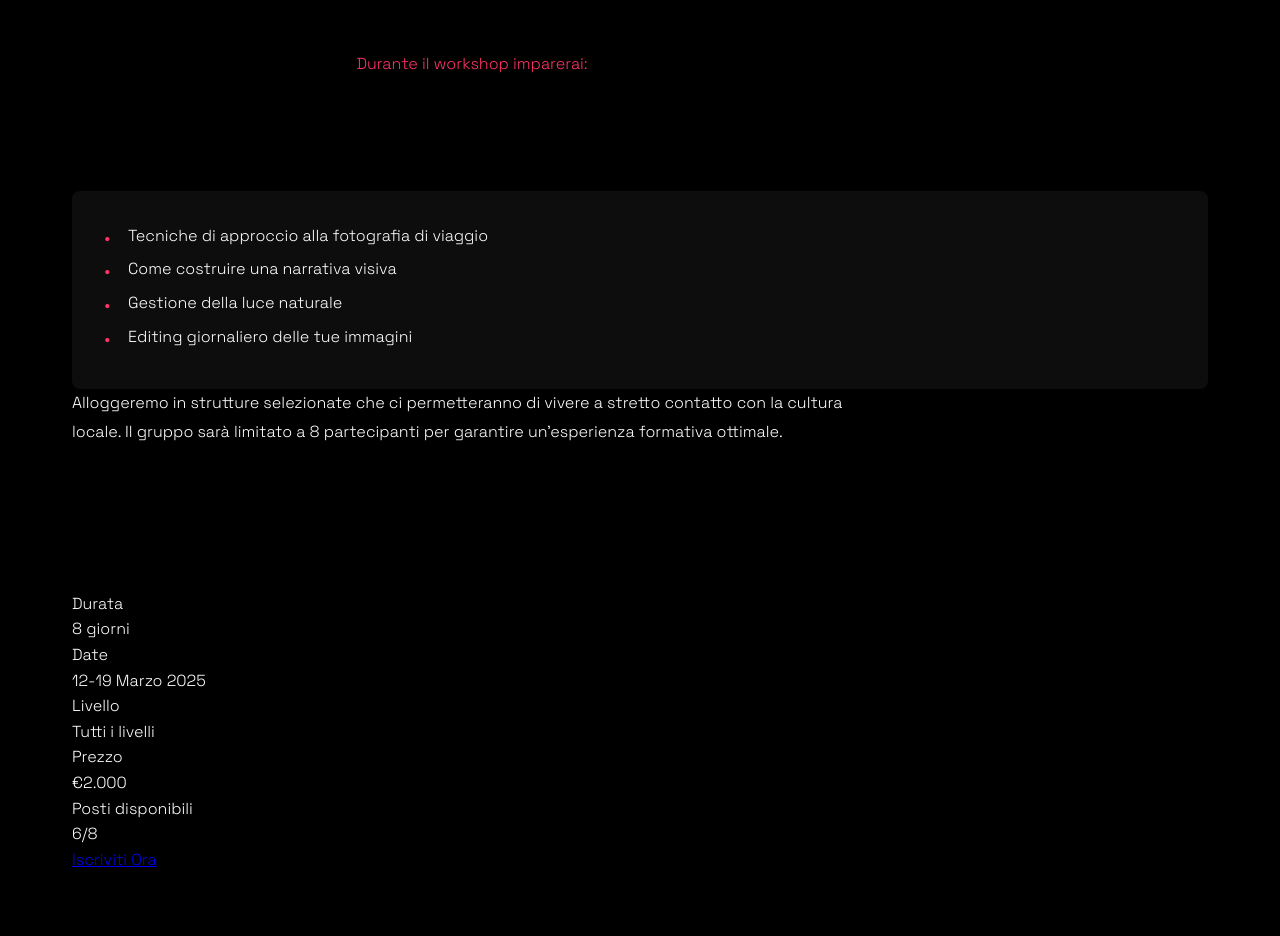
Repository: philipkdpavkia/photo-auto
Page: wdcuba.html
An editor plug-in stored every save of this project. The page is shown before and after the next save, followed by the edit.
The browser window is 1280 px wide. The pictures show the part of the page from y = 778 to 1730 px (the page is 1714 px tall before and 1730 px after).

Above is the page before, as saved 2024-11-14 23:02:36.

### wdcuba.html
<!DOCTYPE html>
<html lang="en">
<head>
    <meta charset="UTF-8">
    <title>Cuba Photography Workshop 2024-2025 | Francesco Pavia</title>
    <meta name="description" content="Photography workshop in Cuba with Francesco Pavia. Explore Havana and Trinidad through photography. 2024-2025 dates, small groups, all levels welcome.">
    <link rel="canonical" href="https://francescopavia.org/workshop/cuba" />
    <link rel="stylesheet" href="https://cdnjs.cloudflare.com/ajax/libs/font-awesome/6.0.0/css/all.min.css">
    <link rel="stylesheet" href="/css/style.css">
    <script src="/language.js"></script>

    <script type="application/ld+json">
    {
      "@context": "https://schema.org",
      "@type": "Event",
      "name": "Cuba Photography Workshop - Havana City Life",
      "description": "Photography workshop in Cuba with Francesco Pavia",
      "startDate": "2025-03-12",
      "endDate": "2025-03-19",
      "organizer": {
        "@type": "Person",
        "name": "Francesco Pavia"
      },
      "eventStatus": "https://schema.org/ScheduledEvent",
      "eventAttendanceMode": "https://schema.org/OfflineEventAttendanceMode",
      "location": {
        "@type": "Place",
        "name": "Havana, Cuba"
      },
      "offers": {
        "@type": "Offer",
        "price": "2000",
        "priceCurrency": "EUR"
      }
    }
    </script>
</head>
<body>
    <header class="header">
        <nav class="nav">
            <a class="logo" href="#">FP PHOTO WORKSHOP</a>
            <button id="langSwitch" class="lang-switch" onclick="switchLanguage()">EN</button>
            <div class="nav-links">
                <a href="index.html" data-i18n="workshops.cuba.back">BACK</a>
                <a href="https://instagram.com/fpphotoworkshop" target="_blank" class="instagram-link">
                    <i class="fab fa-instagram"></i>
                </a>
            </div>
        </nav>
    </header>

    <main>
        <section class="hero">
            <div class="workshop-link">
                <img alt="Havana Life" src="images/cuba/cub.jpg" class="workshop-hero"/>
                <div class="workshop-text">
                    <h1 data-i18n="workshops.cuba.title">Havana City Life</h1>
                    <p data-i18n="workshops.cuba.description">
                        An 8-day photographic journey discovering Havana city, its traditions and its people.
                    </p>
                </div>
            </div>
        </section>

        <section class="about">
            <div class="workshop-content">
                <p data-i18n="workshops.cuba.learn" class="section-title">During the workshop you will learn:</p>
                <div class="philosophy">
                    <ul>
                        <li data-i18n="workshops.cuba.technique1">Travel photography approach techniques</li>
                        <li data-i18n="workshops.cuba.technique2">How to build a visual narrative</li>
                        <li data-i18n="workshops.cuba.technique3">Natural light management</li>
                        <li data-i18n="workshops.cuba.technique4">Daily editing of your images</li>
                    </ul>
                </div>
                <p data-i18n="workshops.cuba.accommodation">
                    We will stay in selected accommodations that will allow us to experience local culture up close.
                    The group will be limited to 8 participants to ensure an optimal learning experience.
                </p>
            </div>
        </section>

        <section class="contact">
            <div class="workshop-sidebar">
                <div class="info-block">
                    <div class="info-label" data-i18n="workshops.cuba.duration">Duration</div>
                    <div class="info-value" data-i18n="workshops.cuba.duration_value">8 days</div>
                </div>
                <div class="info-block">
                    <div class="info-label" data-i18n="workshops.cuba.dates">Dates</div>
                    <div class="info-value" data-i18n="workshops.cuba.dates_value">March 12-19, 2025</div>
                </div>
                <div class="info-block">
                    <div class="info-label" data-i18n="workshops.cuba.level">Level</div>
                    <div class="info-value" data-i18n="workshops.cuba.level_value">All levels</div>
                </div>
                <div class="info-block">
                    <div class="info-label" data-i18n="workshops.cuba.price">Price</div>
                    <div class="info-value" data-i18n="workshops.cuba.price_value">€2,000</div>
                </div>
                <div class="info-block">
                    <div class="info-label" data-i18n="workshops.cuba.spots">Available spots</div>
                    <div class="info-value" data-i18n="workshops.cuba.spots_value">6/8</div>
                </div>
                <a href="iscrizione.html?workshop=cuba" class="workshop-button" data-i18n="workshops.cuba.book">Book Now</a>
            </div>
        </section>
    </main>
</body>
</html>

### css/style.css
@font-face {
    font-family: 'Space Grotesk';
    src: url('/fonts/SpaceGrotesk-Light.woff2') format('woff2');
    font-weight: 300;
    font-display: swap;
}

@font-face {
    font-family: 'Space Grotesk';
    src: url('/fonts/SpaceGrotesk-Bold.woff2') format('woff2');
    font-weight: 700;
    font-display: swap;
}

:root {
    --primary: #ffffff;
    --background: #000000;
    --accent: #ff3366;
    --transition: all 0.4s ease;
    --overlay-bg: rgba(0, 0, 0, 0.4);
    --hover-bg: rgba(0, 0, 0, 0.6);
}

html {
    scroll-behavior: smooth;
}

* {
    margin: 0;
    padding: 0;
    box-sizing: border-box;
}

body {
    background: var(--background);
    color: var(--primary);
    font-family: 'Space Grotesk', sans-serif;
    line-height: 1.6;
    overflow-x: hidden;
}

/* Header e navigazione */
.header {
    position: fixed;
    top: 0;
    left: 0;
    right: 0;
    padding: 1rem 2rem;
    background: rgba(0, 0, 0, 0.95);
    backdrop-filter: blur(10px);
    -webkit-backdrop-filter: blur(10px);
    z-index: 1000;
    border-bottom: 1px solid rgba(255, 255, 255, 0.1);
}

.nav {
    display: flex;
    justify-content: space-between;
    align-items: center;
    max-width: 1400px;
    margin: 0 auto;
}

.logo {
    font-weight: 700;
    font-size: 1.2rem;
    color: var(--primary);
    text-decoration: none;
    transition: var(--transition);
}

.logo:hover {
    color: var(--accent);
}

.nav-links {
    display: flex;
    gap: 2.5rem;
}

.nav-links a {
    color: var(--primary);
    text-decoration: none;
    font-size: 1rem;
    text-transform: uppercase;
    transition: var(--transition);
    padding: 0.5rem 1rem;
    border-radius: 4px;
}

.nav-links a:hover {
    color: var(--accent);
    background: rgba(255, 51, 102, 0.1);
}

.instagram-link {
    color: var(--primary);
    font-size: 1.5rem;
    transition: var(--transition);
}

.instagram-link:hover {
    color: var(--accent);
    transform: scale(1.1);
}

/* Language Switcher */
.lang-switch {
    position: fixed;
    top: 1rem;
    right: 1rem;
    background: var(--accent);
    color: var(--primary);
    border: none;
    padding: 0.5rem 1rem;
    border-radius: 4px;
    cursor: pointer;
    font-family: 'Space Grotesk', sans-serif;
    font-weight: 700;
    z-index: 1001;
    transition: var(--transition);
}

.lang-switch:hover {
    transform: translateY(-2px);
    box-shadow: 0 2px 8px rgba(255, 51, 102, 0.4);
    background: #ff1f57;
}

/* Hero Section */
.hero {
    margin-top: 60px;
    display: flex;
    flex-direction: column;
    gap: 2rem;
    padding: 2rem;
}

.workshop-link {
    display: block;
    position: relative;
    width: 100%;
    height: 80vh;
    overflow: hidden;
    transition: var(--transition);
}

.workshop-link:hover img {
    transform: scale(1.05);
}

.workshop-link img {
    width: 100%;
    height: 100%;
    object-fit: cover;
    transition: transform 0.6s ease-in-out;
}

.workshop-text {
    position: absolute;
    top: 50%;
    left: 50%;
    transform: translate(-50%, -50%);
    text-align: center;
    z-index: 2;
    width: 100%;
    padding: 0 1rem;
}

.workshop-text h2 {
    font-size: 4rem;
    color: var(--accent);
    margin-bottom: 1rem;
    font-weight: normal;
    background: var(--overlay-bg);
    padding: 0.5rem;
    border-radius: 4px;
    display: inline-block;
    transition: var(--transition);
}

.workshop-link:hover .workshop-text h2 {
    background: var(--hover-bg);
    transform: translateY(-5px);
}

.workshop-text p {
    font-size: 1.5rem;
    color: var(--primary);
    text-shadow: 2px 2px 4px rgba(0, 0, 0, 0.8);
    background: var(--overlay-bg);
    padding: 0.5rem;
    border-radius: 4px;
    display: inline-block;
    transition: var(--transition);
}

.workshop-link:hover .workshop-text p {
    background: var(--hover-bg);
    transform: translateY(5px);
}

/* Section Titles */
.section-title {
    text-align: center;
    font-size: 4rem;
    padding: 4rem 0;
    font-weight: normal;
    color: var(--accent);
}

/* Gallery */
.gallery {
    display: grid;
    grid-template-columns: repeat(3, 1fr);
    gap: 1rem;
    padding: 0 1rem;
}

.gallery-item {
    aspect-ratio: 4/3;
    overflow: hidden;
    border-radius: 4px;
    transition: var(--transition);
}

.gallery-item:hover {
    transform: translateY(-5px);
    box-shadow: 0 5px 15px rgba(0, 0, 0, 0.3);
}

.gallery-item img {
    width: 100%;
    height: 100%;
    object-fit: cover;
    transition: transform 0.6s ease-in-out;
}

.gallery-item:hover img {
    transform: scale(1.1);
}

/* About Section */
.about {
    padding: 4rem 2rem;
    max-width: 1200px;
    margin: 0 auto;
}

.about h2 {
    font-size: 2rem;
    font-weight: normal;
    margin-bottom: 2rem;
    text-transform: uppercase;
    color: var(--accent);
}

.about p {
    font-size: 1rem;
    max-width: 800px;
    margin-bottom: 1rem;
    line-height: 1.8;
}

/* Philosophy Section */
.philosophy {
    margin-top: 3rem;
    padding: 2rem;
    background: rgba(255, 255, 255, 0.05);
    border-radius: 8px;
}

.philosophy h3 {
    font-size: 1.5rem;
    font-weight: normal;
    margin-bottom: 1rem;
    text-transform: uppercase;
    color: var(--accent);
}

.philosophy ul {
    list-style: none;
}

.philosophy li {
    font-size: 1rem;
    margin-bottom: 0.5rem;
    padding-left: 1.5rem;
    position: relative;
}

.philosophy li::before {
    content: "•";
    color: var(--accent);
    position: absolute;
    left: 0;
    font-size: 1.2em;
}

/* Contact Section */
.contact {
    padding: 4rem 2rem;
    max-width: 1200px;
    margin: 0 auto;
}

.contact h2 {
    font-size: 2rem;
    font-weight: normal;
    margin-bottom: 2rem;
    text-transform: uppercase;
    color: var(--accent);
}

.contact-section {
    margin-bottom: 2rem;
    padding: 2rem;
    background: rgba(255, 255, 255, 0.05);
    border-radius: 8px;
    transition: var(--transition);
}

.contact-section:hover {
    background: rgba(255, 255, 255, 0.08);
    transform: translateY(-2px);
}

.contact-section h3 {
    font-size: 1.5rem;
    font-weight: normal;
    margin-bottom: 1rem;
    text-transform: uppercase;
}

.contact-section p {
    margin-bottom: 0.5rem;
}

.contact-section a {
    color: var(--accent);
    text-decoration: none;
    transition: var(--transition);
    display: inline-block;
}

.contact-section a:hover {
    text-decoration: none;
    transform: translateX(5px);
}

/* Media Queries */
@media screen and (max-width: 720px) {
    .nav {
        flex-direction: column;
        gap: 1rem;
    }

    .logo {
        font-size: 1rem;
    }

    .nav-links {
        display: flex;
        position: fixed;
        bottom: 0;
        left: 0;
        right: 0;
        background: rgba(0, 0, 0, 0.95);
        backdrop-filter: blur(10px);
        -webkit-backdrop-filter: blur(10px);
        padding: 1rem;
        justify-content: center;
        border-top: 1px solid rgba(255, 255, 255, 0.1);
    }

    .nav-links a {
        font-size: 0.9rem;
        padding: 0.3rem 0.6rem;
    }

    .instagram-link {
        font-size: 1.2rem;
    }

    .workshop-text h2 {
        font-size: 2rem;
    }

    .workshop-text p {
        font-size: 1rem;
    }

    .section-title {
        font-size: 2.5rem;
    }

    .gallery {
        grid-template-columns: 1fr;
    }

    .workshop-link {
        height: 50vh;
    }

    .about h2,
    .contact h2 {
        font-size: 1.5rem;
    }

    .about p {
        font-size: 0.9rem;
    }

    .philosophy h3,
    .contact-section h3 {
        font-size: 1.2rem;
    }

    .lang-switch {
        position: absolute;
        top: 1rem;
        right: 1rem;
        padding: 0.4rem 0.8rem;
        font-size: 0.9rem;
    }

    .about,
    .contact {
        padding: 2rem 1rem;
    }

    .philosophy,
    .contact-section {
        padding: 1rem;
    }
}

### language.js
// Gestione della lingua
let currentLang = localStorage.getItem('lang') || 'it';
const translations = {}; // Qui importeremo il JSON delle traduzioni

async function loadTranslations() {
    try {
        const response = await fetch('/translations.json');
        Object.assign(translations, await response.json());
        updateContent();
    } catch (error) {
        console.error('Error loading translations:', error);
    }
}

function switchLanguage() {
    currentLang = currentLang === 'it' ? 'en' : 'it';
    localStorage.setItem('lang', currentLang);
    updateContent();
    updateLangButton();
}

function updateLangButton() {
    const button = document.getElementById('langSwitch');
    button.textContent = currentLang === 'it' ? 'EN' : 'IT';
}

function updateContent() {
    const elements = document.querySelectorAll('[data-i18n]');
    elements.forEach(element => {
        const key = element.dataset.i18n;
        const keys = key.split('.');
        let value = translations[currentLang];
        keys.forEach(k => {
            value = value[k];
        });
        if (value) element.textContent = value;
    });
}

// Inizializza quando il DOM è caricato
document.addEventListener('DOMContentLoaded', () => {
    loadTranslations();
    updateLangButton();
});

### translations.json
{
    "it": {
      "menu": {
        "gallery": "Galleria",
        "about": "Metodo",
        "contact": "Contatti"
      },
      "hero": {
        "havana": {
          "title": "Vita all'Havana",
          "subtitle": "Street photography nella capitale cubana"
        },
        "senegal": {
          "title": "Senegal Adventures",
          "subtitle": "Luce e colore nell'Africa occidentale"
        },
        "mexico": {
          "title": "Dia de Muertos",
          "subtitle": "Tradizione e street nelle montagne di Oaxaca"
        }
      },
      "blog": {
        "title": "Sul campo",
        "description": "Zero teoria, solo pratica",
        "text1": "Dimenticati le lezioni teoriche infinite. Qui si esce, si cammina, si cerca la luce, si aspetta il momento giusto. La fotografia è pratica, pazienza e movimento. Non serve parlarne per ore: bisogna farla.",
        "text2": "I miei workshop sono pensati per chi vuole sporcarsi le mani con la fotografia vera. Niente fronzoli, niente discorsi complicati. Solo tu, la tua macchina fotografica e location uniche dove metterti alla prova.",
        "text3": "Mi piace lavorare con gruppi piccoli e motivati, con chi ha voglia di alzarsi all'alba, camminare tutto il giorno, tornare più volte nello stesso posto finché lo scatto non è quello giusto. La fotografia è un lavoro fisico, oltre che mentale."
      },
      "philosophy": {
        "title": "Come lavoriamo",
        "points": [
          "Solo pratica sul campo, dall'alba al tramonto",
          "Gruppi piccoli per attenzione massima",
          "Review degli scatti ogni sera",
          "Immersione totale nella location"
        ]
      },
      "contact": {
        "title": "Contatti",
        "workshop": {
          "title": "Workshop",
          "text": "Per info e prenotazioni workshop:"
        },
        "photo": {
          "title": "Lavori Fotografici",
          "text": "Per progetti e collaborazioni:"
        },
        "phone": {
          "title": "Telefono",
          "text": "Chiamami o scrivimi su WhatsApp:"
        }
      },
      "workshops": {
        "cuba": {
          "back": "INDIETRO",
          "title": "Vita all'Havana",
          "description": "Un viaggio fotografico di 8 giorni alla scoperta della città dell'Havana, delle sue tradizioni e della sua gente. Un viaggio attraverso la storia e la cultura cubana, con un focus particolare sulla fotografia di strada e documentaristica.",
          "learn": "Durante il workshop imparerai:",
          "technique1": "Tecniche di approccio alla fotografia di viaggio",
          "technique2": "Come costruire una narrativa visiva",
          "technique3": "Gestione della luce naturale",
          "technique4": "Editing giornaliero delle tue immagini",
          "accommodation": "Alloggeremo in strutture selezionate che ci permetteranno di vivere a stretto contatto con la cultura locale. Il gruppo sarà limitato a 8 partecipanti per garantire un'esperienza formativa ottimale.",
          "duration": "Durata",
          "duration_value": "8 giorni",
          "dates": "Date",
          "dates_value": "12-19 Marzo 2025",
          "level": "Livello",
          "level_value": "Tutti i livelli",
          "price": "Prezzo",
          "price_value": "€2.000",
          "spots": "Posti disponibili",
          "spots_value": "6/8",
          "book": "Iscriviti Ora"
        }
      }
    },
    "en": {
      "menu": {
        "gallery": "Gallery",
        "about": "Method",
        "contact": "Contact"
      },
      "hero": {
        "havana": {
          "title": "Havana Life",
          "subtitle": "Street photography in the Cuban capital"
        },
        "senegal": {
          "title": "Senegal Adventures",
          "subtitle": "Light and color in West Africa"
        },
        "mexico": {
          "title": "Dia de Muertos",
          "subtitle": "Tradition and street in Oaxaca mountains"
        }
      },
      "blog": {
        "title": "In the field",
        "description": "Zero theory, pure practice",
        "text1": "Forget endless theoretical lessons. Here we go out, walk, chase the light, wait for the right moment. Photography is practice, patience and movement. No need to talk about it for hours: you need to do it.",
        "text2": "My workshops are designed for those who want to get their hands dirty with real photography. No frills, no complicated speeches. Just you, your camera and unique locations where you can test yourself.",
        "text3": "I like working with small, motivated groups, with people willing to wake up at dawn, walk all day, return to the same spot multiple times until the shot is perfect. Photography is physical work, not just mental."
      },
      "philosophy": {
        "title": "How we work",
        "points": [
          "Only field practice, from dawn to dusk",
          "Small groups for maximum attention",
          "Daily shot reviews every evening",
          "Total immersion in location"
        ]
      },
      "contact": {
        "title": "Contact",
        "workshop": {
          "title": "Workshop",
          "text": "For workshop info and bookings:"
        },
        "photo": {
          "title": "Photography Work",
          "text": "For projects and collaborations:"
        },
        "phone": {
          "title": "Phone",
          "text": "Call or WhatsApp me:"
        }
      },
      "workshops": {
        "cuba": {
          "back": "BACK",
          "title": "Havana City Life",
          "description": "An 8-day photographic journey discovering Havana city, its traditions and its people. A journey through Cuban history and culture, with a special focus on street and documentary photography.",
          "learn": "During the workshop you will learn:",
          "technique1": "Travel photography approach techniques",
          "technique2": "How to build a visual narrative",
          "technique3": "Natural light management",
          "technique4": "Daily editing of your images",
          "accommodation": "We will stay in selected accommodations that will allow us to experience local culture up close. The group will be limited to 8 participants to ensure an optimal learning experience.",
          "duration": "Duration",
          "duration_value": "8 days",
          "dates": "Dates",
          "dates_value": "March 12-19, 2025",
          "level": "Level",
          "level_value": "All levels",
          "price": "Price",
          "price_value": "€2,000",
          "spots": "Available spots",
          "spots_value": "6/8",
          "book": "Book Now"
        }
      }
    }
}

After the next save:
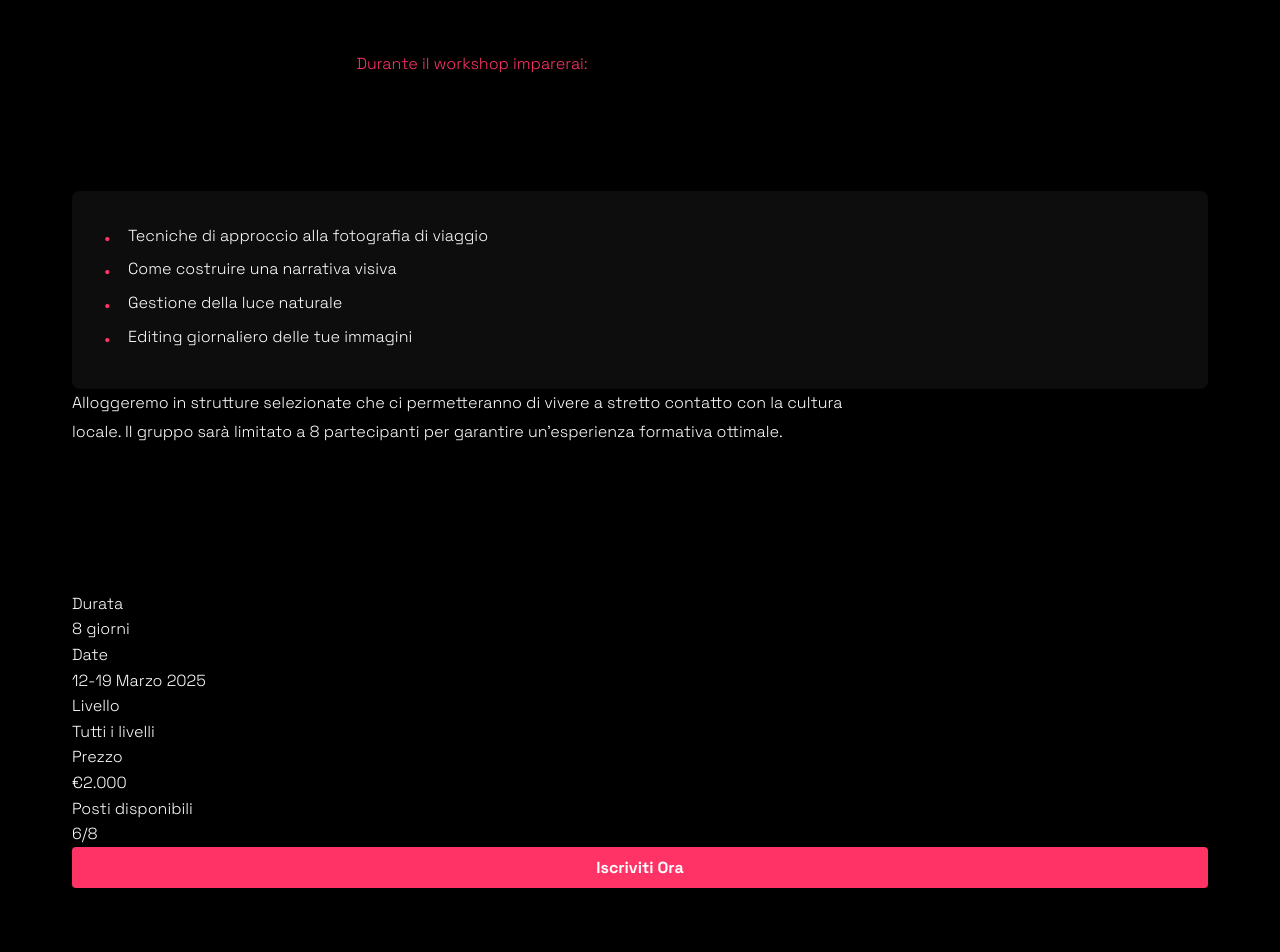
Saved 4 min 57 s later.
--- a/css/style.css
+++ b/css/style.css
@@ -347,6 +347,28 @@ body {
     text-decoration: none;
     transform: translateX(5px);
 }
+/* Workshop Button */
+.workshop-button {
+    display: inline-block;
+    width: 100%;
+    padding: 0.5rem 1rem;
+    background: var(--accent);
+    color: var(--primary);
+    border: none;
+    border-radius: 4px;
+    cursor: pointer;
+    font-family: 'Space Grotesk', sans-serif;
+    font-weight: 700;
+    text-align: center;
+    text-decoration: none;
+    transition: var(--transition);
+}
+
+.workshop-button:hover {
+    transform: translateY(-2px);
+    box-shadow: 0 2px 8px rgba(255, 51, 102, 0.4);
+    background: #ff1f57;
+}
 
 /* Media Queries */
 @media screen and (max-width: 720px) {
